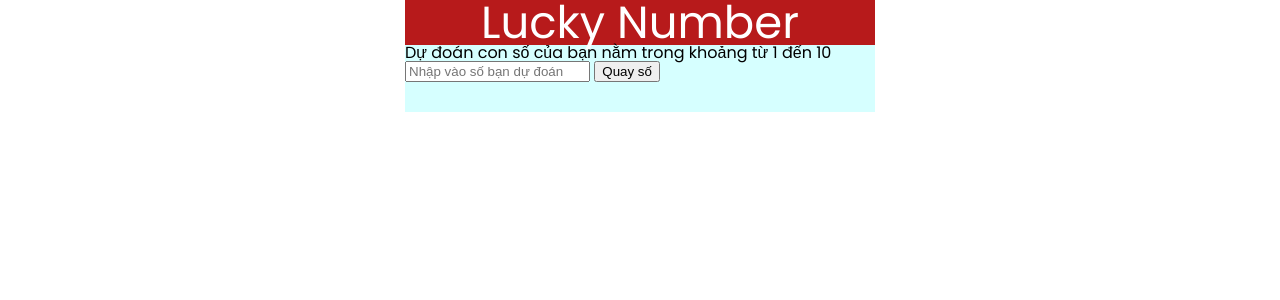
Repository: whis16720/PhuNguyen-C4EJS-D15
Page: index.html
These files come from the project's save history. The page is drawn as it stood at one moment and after a run of saves; the edit follows.
The browser window is 1280 px wide. The pictures show the whole page.
The style sheet was rebuilt from its Sass, Less or Tailwind sources for each picture, by a compiler version that may differ from the author's.

Above is the page before, as saved 2020-09-22 19:38:27.

After the next 2 saves:
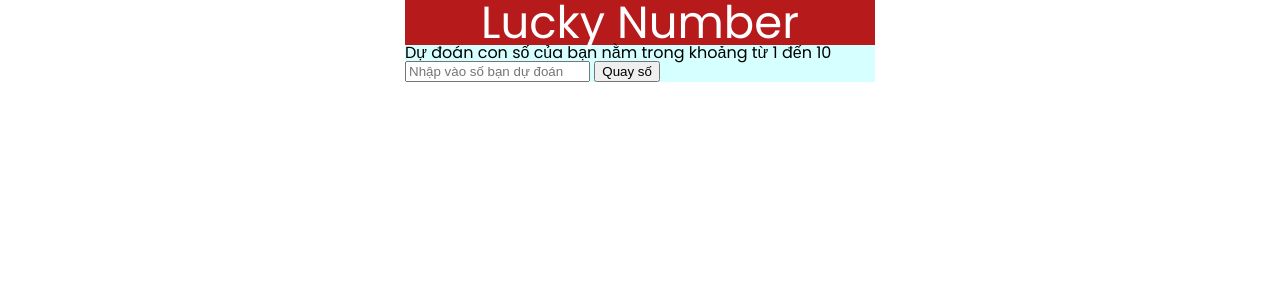
The 2 saves are shown as one change because they came seconds apart.
The last was saved 19 s later.
--- a/style.scss
+++ b/style.scss
@@ -3,7 +3,7 @@
 	width: 470px;
 	margin: auto;
 	background-color: #d6ffff;
-	padding-bottom: 30px ;
+	margin-bottom: 30px;
 	&__name {
 		text-align: center;
 		font-size: 45px;
